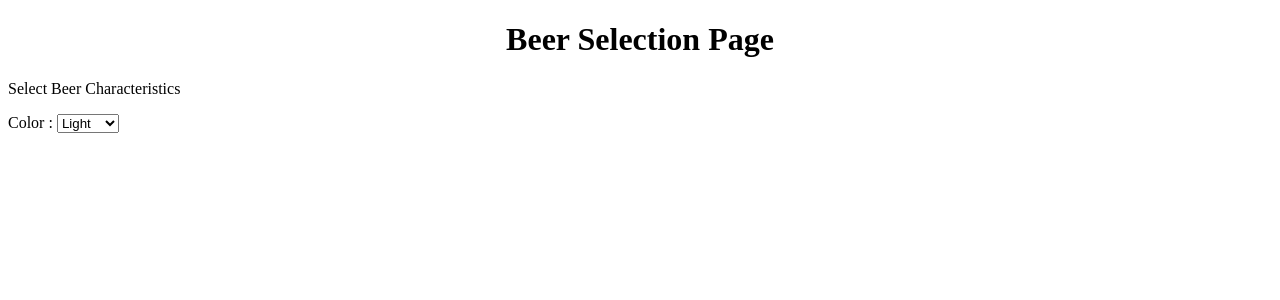
Repository: Siddhant1401/Aurionpro-J2EE
Page: 07-BEER-APP/WebContent/form.html
An editor plug-in stored every save of this project. The page is shown before and after a run of saves, followed by the edit.
The browser window is 1280 px wide. The pictures show the whole page.

Above is the page before, as saved 2023-10-14 05:29:45.

### 07-BEER-APP/WebContent/form.html
<!DOCTYPE html>
<html>
<head>
<meta charset="ISO-8859-1">
<title>Insert title here</title>
</head>
<body>
	<h1 align="center">Beer Selection Page</h1>
	<form action="SelectBeer.do" method="POST">
	<p>Select Beer Characteristics</p>
	Color :
	<select name="color" size="1">
		<option value="light">Light</option>
		<option value="amber">Amber</option>
		<option value="brown">Brown</option>
		<option value="dark">Dark</option>
	</select>
	</form>
</body>
</html>

After the next 2 saves:
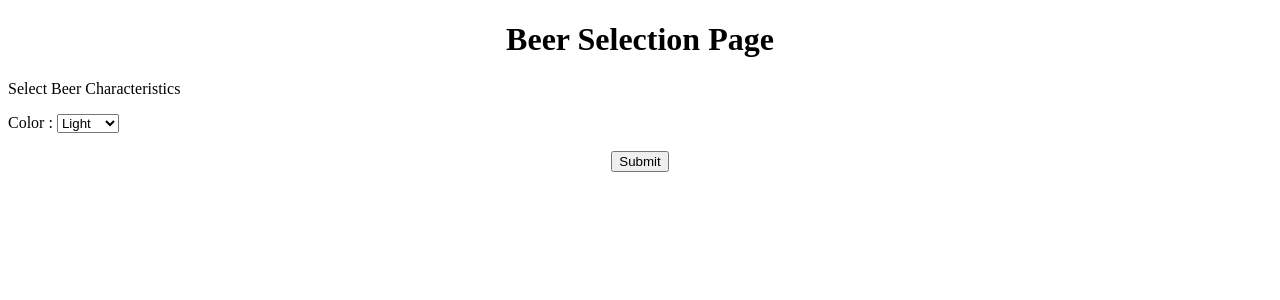
The 2 saves are shown as one change because they came seconds apart.
The last was saved 31 s later.
--- a/07-BEER-APP/WebContent/form.html
+++ b/07-BEER-APP/WebContent/form.html
@@ -7,14 +7,17 @@
 <body>
 	<h1 align="center">Beer Selection Page</h1>
 	<form action="SelectBeer.do" method="POST">
-	<p>Select Beer Characteristics</p>
-	Color :
-	<select name="color" size="1">
-		<option value="light">Light</option>
-		<option value="amber">Amber</option>
-		<option value="brown">Brown</option>
-		<option value="dark">Dark</option>
-	</select>
+		<p>Select Beer Characteristics</p>
+		Color : <select name="color" size="1">
+			<option value="light">Light</option>
+			<option value="amber">Amber</option>
+			<option value="brown">Brown</option>
+			<option value="dark">Dark</option>
+		</select> <br>
+		<br>
+		<center>
+			<input type="SUBMIT">
+		</center>
 	</form>
 </body>
 </html>
